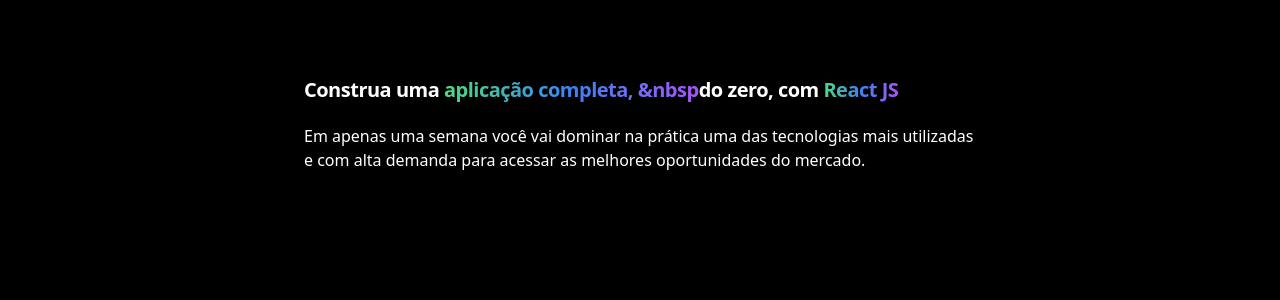
Repository: LuisSempre/Ignite-Lab---ReactJs-2022
Page: /
An editor plug-in stored every save of this project. The page is shown before and after the next save, followed by the edit.
The browser window is 1280 px wide. The pictures show the whole page.
The project was rebuilt for these pictures with package versions that can differ from the ones it lists, and the page was loaded fresh each time. Also part of the build but not shown: vite.config.ts, components/Header.tsx, components/Lesson.tsx, components/Sidebar.tsx, pages/Event.tsx. Imported but missing from the stored project, and not drawn on this page: components/Video.

Above is the page before, as saved 2022-06-24 23:37:59.

After the next save:
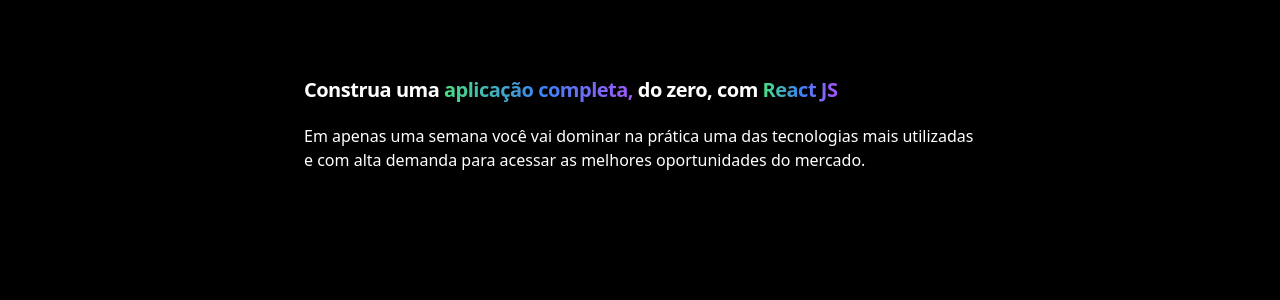
Saved 6 s later.
--- a/pages/Subscribe.tsx
+++ b/pages/Subscribe.tsx
@@ -7,7 +7,7 @@
                     <h1 className="mb-6 text-xl font-extrabold leading-none tracking-normal md:tracking-tight">
                         Construa uma&nbsp;
                          <span className="block w-full text-transparent bg-clip-text bg-gradient-to-r from-green-400 via-blue-500 to-purple-500 lg:inline">
-                            aplicação completa, &nbsp
+                            aplicação completa,&nbsp;
                         </span>
                         do zero, com&nbsp;
                          <span className="block w-full text-transparent bg-clip-text bg-gradient-to-r from-green-400 via-blue-500 to-purple-500 lg:inline">
